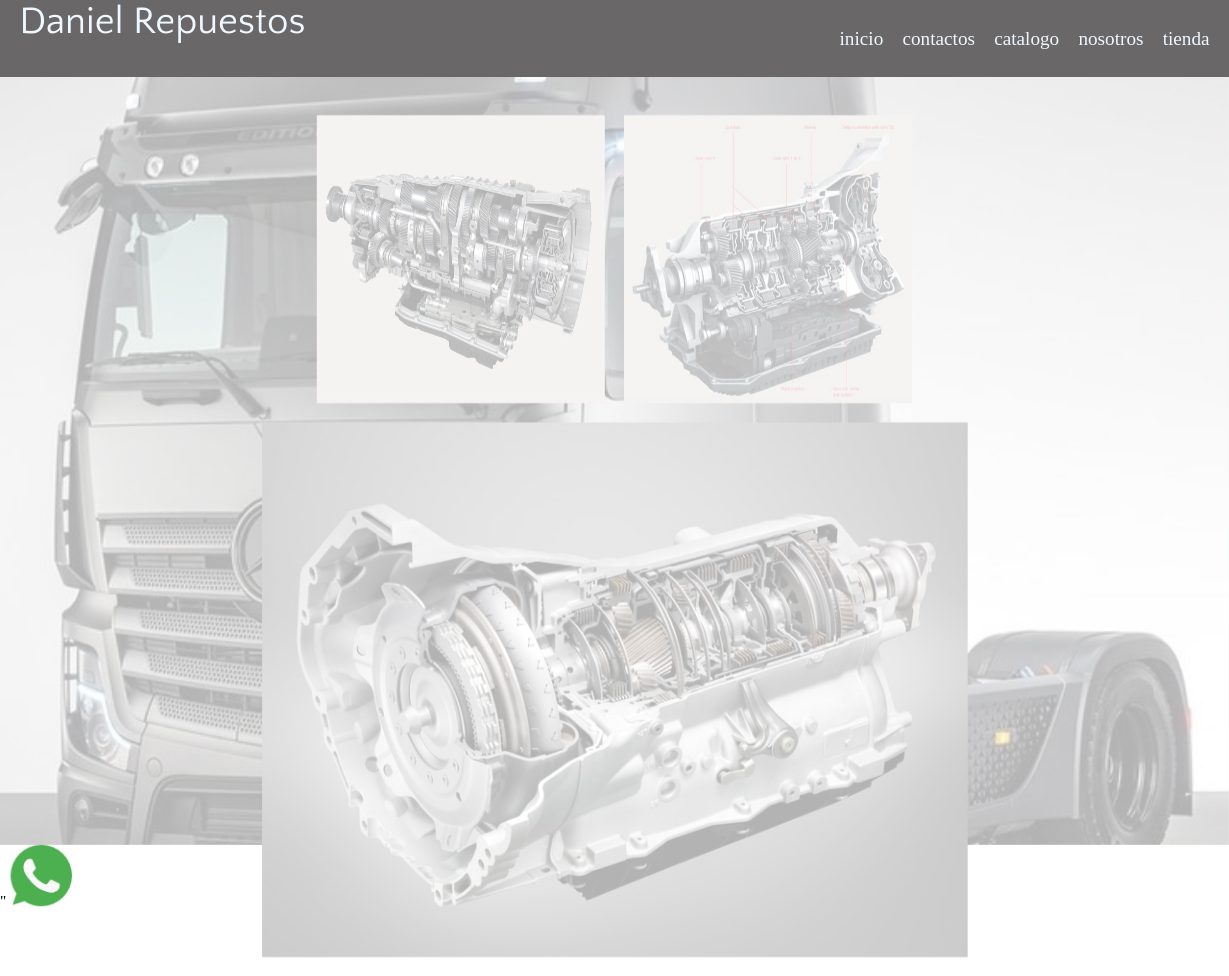
Repository: minesterani/proyecto-caja
Page: pages/tienda.html
The author's editor kept a copy of each file at every save. The page is drawn from the files as they stood at one save, then again after the next save.
The browser window is 1280 px wide. The pictures show the whole page, at 96% of full size.

Above is the page before, as saved 2024-09-20 09:24:05.

### pages/tienda.html
<!DOCTYPE html>
<html lang="en">
<head>
    <meta charset="UTF-8">
    <meta name="viewport" content="width=device-width, initial-scale=1.0">
    <title>Document</title>
    <link rel="preconnect" href="https://fonts.googleapis.com">
<link rel="preconnect" href="https://fonts.gstatic.com" crossorigin>
<link href="https://fonts.googleapis.com/css2?family=Quattrocento+Sans:ital,wght@0,400;0,700;1,400;1,700&display=swap" rel="stylesheet">
    <link rel="stylesheet" href="../css/style.css">
</head>
<body>
   <header class="header-tienda">
    <h1>Daniel Repuestos</h1>
    <nav>
        <ul class="navtienda">
            <li><a href="../index.html">inicio</a></li>
            <li><a href="./contactos.html">contactos</a></li>
            <li><a href="./catalogo.html">catalogo</a></li>
            <li><a href="./nosotros.html">nosotros</a></li>
            <li><a href="#">tienda</a></li>
        </ul>
    </nav>

   </header>
   <main>
    <section class="section-tienda">
        <div class="contenedor-tienda">
            <img src="../assets/img/caja 2.jpg" alt="caja 2" style="width: 300px; height: 300px;">
            <img src="../assets/img/caja.jpg" alt="caja 3" style="width: 300px; height: 300px;">
            <img src="../assets/img/Transmisiones de toyota.jpeg" alt="">
        </div>
        <a href="" class="boton">¿Que producto busca?</a>
    </section>

   </main>
   <footer>
    <a class="whatsapp-tienda"href="https://wa.me/3416513963" target="_blank"></a>"
        <img src="../assets/img/whatsapp.png" alt="">
    </a>
   </footer>
</body>
</html>

### css/style.css
/* Estilo global */
* {
    margin: 0;
    padding: 0;
    box-sizing: border-box;
}

h1 {
    background-color: rgb(105, 103, 103);
    width: 100%;
    height: 80px;
    font-size: 40px;
    color: aliceblue;
    font-family: "Quattrocento Sans", sans-serif;
    font-weight: 400;
    font-style: normal;
}

/* Header */
.header-index, .header-tienda, .header-catalogo, .header-contactos, .header-nosotros {
    display: flex;
    width: 100%;
    flex-direction: row;
    background-color: rgb(105, 103, 103);
    justify-content: space-between;
    align-items: center;
    padding: 0px 20px;
    position: sticky;
    top: 0;
}

/* Navegación */
.navBar, .navtienda, .nav-catalogo, .nav-Contactos, .navNos {
    display: flex;
    list-style-type: none;
    gap: 20px;
}

.navBar li a, .navtienda li a, .nav-catalogo li a, .nav-Contactos li a, .navNos li a {
    text-decoration: none;
    color: aliceblue;
    font-size: 20px;
}

/* Sección Principal */
.section-principal {
    background-color: lightblue;
    width: 100%;
    height: 25rem;
    background-image: url("../assets/img/mercedes gris.jpeg");
    background-position: center;
    background-size: cover;
    background-repeat: no-repeat;
}

/* Botón */
.boton {
    background-color: white;
    font-size: 1.25rem;
    padding: 10px 10px 5px 14px;
    border-width: 2px;
    border-style: solid;
    border-color: black;
    border-radius: 10px;
    position: fixed;
    margin: 10px;
}
.grid {
    display: grid;
    grid-template-columns: repeat(8, 1fr); /* 8 columnas iguales */
    gap: 10px; /* Espacio entre las imágenes */
    width: 100%;
    padding: 0;
    margin: 0;
}

.grid img {
    width: 100%;
    height: 200px; /* Ajusta la altura según sea necesario */
    object-fit: cover; /* Las imágenes se ajustarán sin deformarse */
}

/* Sección de Contactos */
.section-contactos, .section-tienda, .section-catalogos, .section-nosotros {
    background-color: lightblue;
    width: 100%;
    height: 25rem;
    background-image: url("../assets/img/mercedes gris.jpeg");
    background-position: center;
    background-size: cover;
    background-repeat: no-repeat;
    opacity: 0.3;
}

.section-nosotros {
    position: relative;
    padding: 50px;
    background-image: url("../assets/img/mercedes\ gris.jpeg");
    background-size: cover;
    background-position: center;
    background-repeat: no-repeat;
    opacity: 0.7;
    color: white;
    font-family: "Quattrocento Sans", sans-serif;
    height: auto;
}

.container-nosotros {
    display: flex;
    justify-content: space-between;
    align-items: flex-start;
    max-width: 1200px;
    margin: 0 auto;
    overflow: hidden;
}

.texto-nosotros {
    width: 55%;
    padding: 20px;
    background-color: rgba(0, 0, 0, 0.5);
    border-radius: 10px;
    color: white;
    overflow: hidden;
}

.texto-nosotros h2 {
    margin-bottom: 20px;
    font-size: 2.5rem;
}

.texto-nosotros p {
    margin-bottom: 15px;
    font-size: 1.2rem;
    line-height: 1.6;
}

.imagenes-nosotros {
    width: 40%;
    display: flex;
    flex-direction: column;
    gap: 10px;
    align-items: flex-start;
}

.imagenes-nosotros img {
    width: 100%;
    height: auto;
    max-width: 300px;
    border-radius: 10px;
    object-fit: cover;
    overflow: hidden;

}
.section-tienda {
    background-color: lightblue;
    width: 100%; /* Ajusta el ancho según sea necesario */
    height: 50rem; /* Aumenta la altura del contenedor */
    padding: 20px;
    background-image: url("../assets/img/mercedes gris.jpeg");
    background-position: center;
    background-size: cover;
    background-repeat: no-repeat;
    opacity: 0.3;
}

.contenedor-tienda {
    display: flex;
    flex-wrap: wrap;
    justify-content: center;
    gap: 20px; /* Espacio entre las fotos */
    padding: 20px;
}

/* Sección Contactos */
.section-contactos {
    background-color: lightblue;
    width: 100%;
    padding: 50px 20px;
    background-image: url("../assets/img/mercedes gris.jpeg");
    background-position: center;
    background-size: cover;
    background-repeat: no-repeat;
    opacity: 0.9; /* Aumenta la opacidad para mejor visibilidad */
    color: black;
    height: auto; /* Altura automática según contenido */
}

.container-contactos {
    display: flex;
    justify-content: space-between;
    align-items: flex-start;
    max-width: 1200px; /* Ancho máximo del contenedor */
    margin: 0 auto; /* Centra el contenedor horizontalmente */
    gap: 20px; /* Espacio entre el mapa y los datos */
}

.mapa {
    flex: 1;
}

.mapa iframe {
    width: 100%;
    height: 400px; /* Ajusta la altura según lo necesites */
    border: none;
}

.datos-empresa {
    flex: 1;
    padding-left: 20px; /* Espacio a la izquierda de los datos */
    font-size: 25rem;
}

.datos-empresa h3 {
    margin-bottom: 15px;
    font-size: 2rem;
    font-weight: 700;
}

.datos-empresa p {
    margin-bottom: 15px;
    font-size: 2rem;
    line-height: 1,6;
}

/* Footer */
.footer-content {
    background-color: #f4f4f4;
    padding: 20px;
    margin-top: 0;
    clear: both;
}

.columns {
    display: flex;
    justify-content: space-between;
    align-items: flex-start;
    margin-bottom: 0;
    padding: 20px 0;
}

.left-column, .right-column {
    width: 48%;
}

.left-column iframe {
    width: 100%;
    height: 300px;
    border: 0;
}

.right-column {
    padding-left: 20px;
    text-align: center;
    padding-top: 20px;
}

.right-column h3, .right-column p {
    margin: 10px 0;
}

.footer-bottom {
    text-align: center;
    padding: 10px 0;
    border-top: 1px solid #ccc;
}

.footer-bottom p {
    margin: 5px 0;
}

/* Estilos específicos para WhatsApp */
.whatsapp, .whatsapp-contactos, .whatsapp-tienda, .whatsapp-nosotros, .whatsapp-catalogo {
    position: fixed;
    bottom: 10px;
    right: 10px;
}

/* Media Queries */
@media(max-width: 1024px) {
    .header-index, .header-tienda {
        justify-content: space-around;
    }
}

@media(max-width: 768px) {
    h1 {
        background-color: rgba(197, 193, 193, 0.555);
        height: 80px;
        font-size: 40px;
        padding: 10px;
    }

    .header-index, .header-tienda, .header-catalogo, .header-contactos, .header-nosotros {
        flex-direction: column;
        background-color: gray;
        font-size: 30px;
        padding: 10px;
        align-items: center;
        justify-content: center;
        gap: 30px;
    }

    .navBar, .navtienda, .nav-catalogo, .nav-Contactos, .navNos {
        padding-bottom: .875rem;
    }

    .navBar li a, .navtienda li a, .nav-catalogo li a, .nav-Contactos li a, .navNos li a {
        font-size: 1.5rem;
    }

    .section-principal, .section-tienda, .section-catalogos, .section-contactos, .section-nosotros {
        background-image: url("../assets/img/caja 2.jpg");
        background-size: 100% 100%;
    }

    .container-nosotros {
        flex-direction: column;
        align-items: center;
    }

    .imagenes-nosotros {
        width: 100%;
        display: flex;
        justify-content: center;
        flex-direction: column;
        gap: 15px;
    }

    .imagenes-nosotros img {
        max-height: 300px;
    }

    .texto-nosotros {
        width: 100%;
        text-align: center;
    }
    .mapa, .datos-empresa {
        width: 100%;
        padding: 0;
    }

    .datos-empresa {
        padding-left: 0;
        margin-top: 20px;
        text-align: center;
        font-size: 1.2rem; /* Mantiene el tamaño de fuente aumentado */
    }

}

@media(max-width: 425px) {
    .navBar, .navtienda, .nav-catalogo, .nav-Contactos, .navNos {
        flex-direction: column;
    }

    .grid {
        grid-template-columns: 1fr;
        grid-auto-rows: 200px;
        grid-template-areas:
            "img1"
            "img2"
            "img3"
            "img4"
            "img5"
            "img6"
            "img7"
            "img8";
    }

    .grid img {
        width: 100%;
        height: auto;
        object-fit: cover;
    }

    .columns {
        flex-direction: column;
        align-items: center;
    }

    .left-column, .right-column {
        width: 100%;
        padding: 0;
    }

    .right-column {
        padding-top: 20px;
    }
}

After the next save:
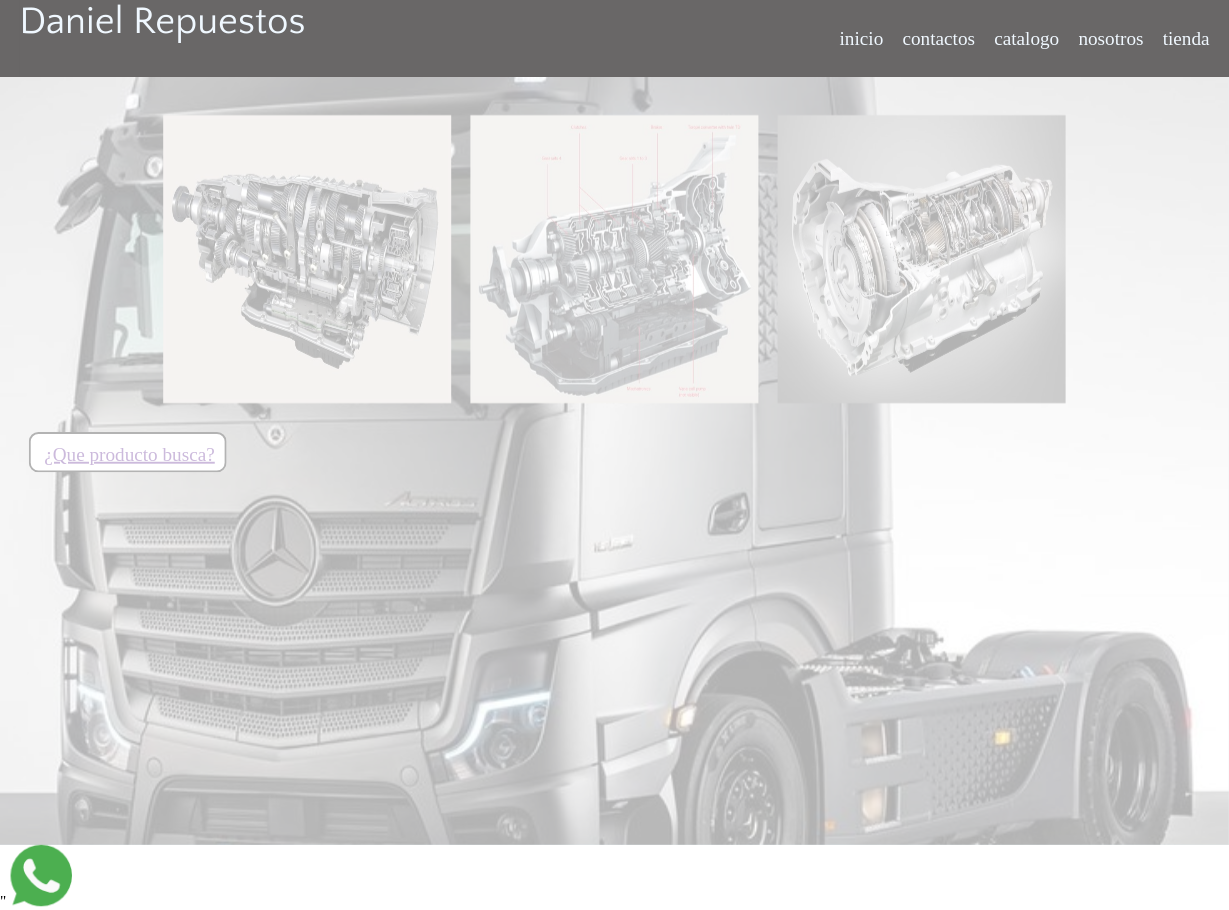
Saved 49 s later.
--- a/pages/tienda.html
+++ b/pages/tienda.html
@@ -28,7 +28,7 @@
         <div class="contenedor-tienda">
             <img src="../assets/img/caja 2.jpg" alt="caja 2" style="width: 300px; height: 300px;">
             <img src="../assets/img/caja.jpg" alt="caja 3" style="width: 300px; height: 300px;">
-            <img src="../assets/img/Transmisiones de toyota.jpeg" alt="">
+            <img src="../assets/img/Transmisiones de toyota.jpeg" alt="transmicion" style="width: 300px; height: 300px;">
         </div>
         <a href="" class="boton">¿Que producto busca?</a>
     </section>
